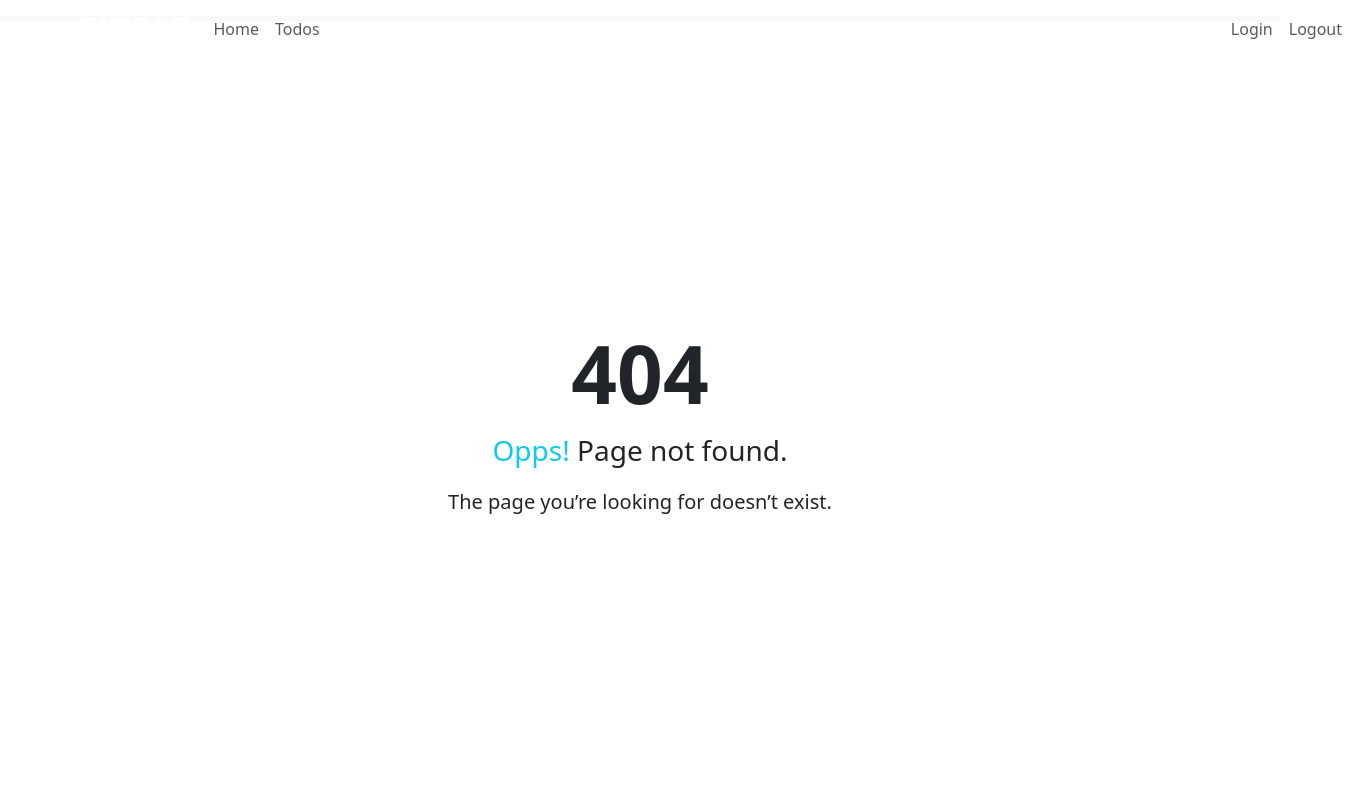
Repository: oboioz/SimpleTodoApp
Page: /welcome (app in SimpleTodoAppFrontEnd/todo-app/)
An editor plug-in stored every save of this project. The page is shown before and after the next save, followed by the edit.
The browser window is 1280 px wide. The page is 1350 px wide, then 1280 px, so the pictures cover 1350 px, including what lies to the right of the window. The pictures show the whole page.
The project was rebuilt for these pictures with package versions that can differ from the ones it lists, and the page was loaded fresh each time. Also part of the build but not shown: SimpleTodoAppFrontEnd/todo-app/src/components/todo/Login/LoginComponent.jsx, SimpleTodoAppFrontEnd/todo-app/src/components/todo/Welcome/WelcomeStyle.css, SimpleTodoAppFrontEnd/todo-app/src/components/todo/Welcome/WelcomeComponent.jsx, SimpleTodoAppFrontEnd/todo-app/src/components/todo/list-todo/ListTodoComponent.jsx, SimpleTodoAppFrontEnd/todo-app/src/components/todo/logout/LogOutComponent.jsx.

Above is the page before, as saved 2024-04-06 16:16:50.

After the next save:
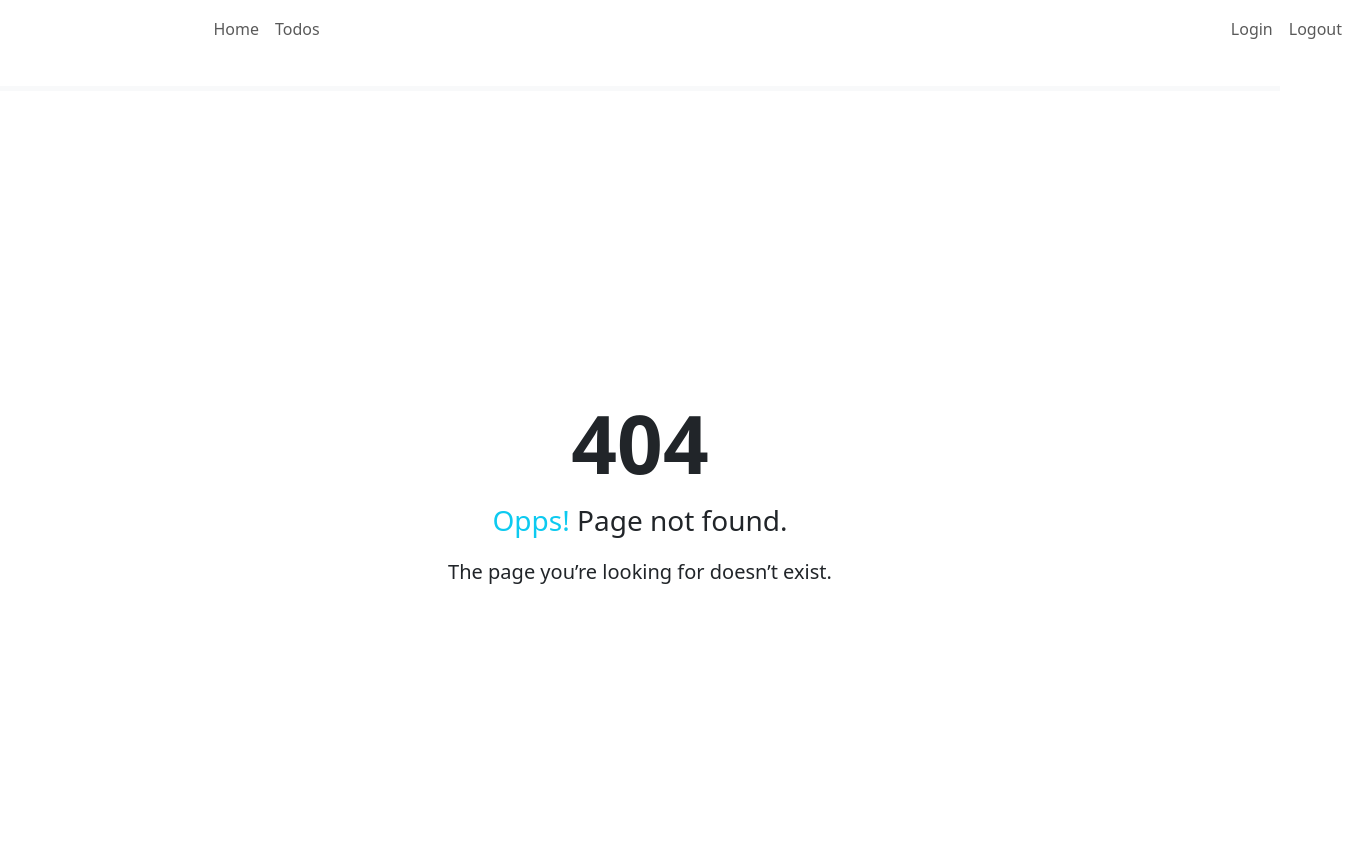
Saved 119 s later.
--- a/SimpleTodoAppFrontEnd/todo-app/src/components/todo/header/HeaderStyle.css
+++ b/SimpleTodoAppFrontEnd/todo-app/src/components/todo/header/HeaderStyle.css
@@ -8,10 +8,15 @@
 .transparent-navbar {
     background-color: transparent !important;
     box-shadow: none !important;
-    position: absolute;
+    position: fixed; /* Change from absolute to fixed */
     width: 100%;
     top: 0;
     z-index: 1000;
     padding: 0;
     margin: 0;
 }
+
+/* Add a margin to the body to push content down */
+body {
+    margin-top: 70px; /* Adjust as needed based on your navbar height */
+}
